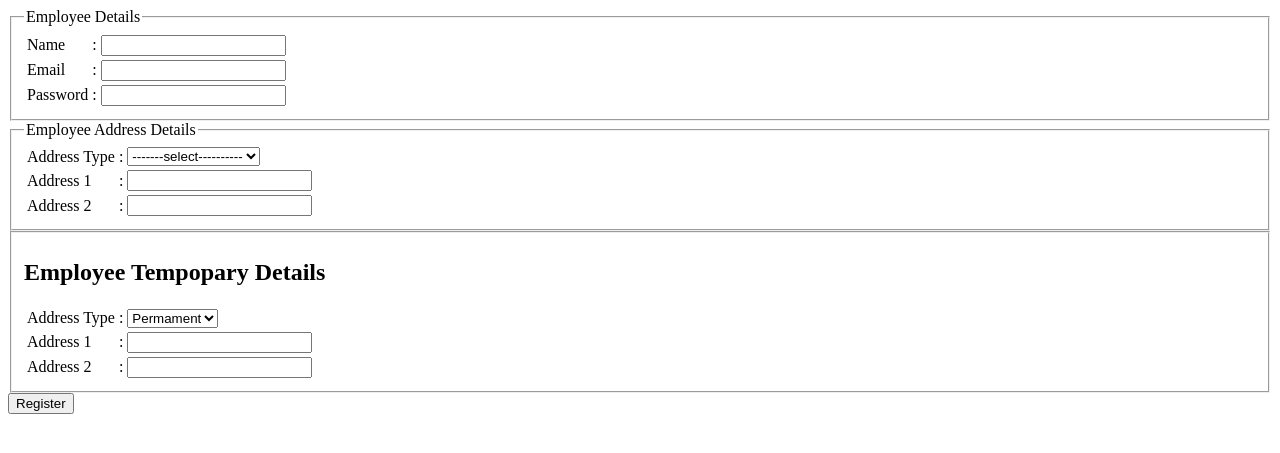
Repository: ramanagouda1001/TY_CG_HTD_BangaloreNovember_JFS_RamanagoudaB
Page: http://localhost/empspringmvc/WEB-INF/view/register.jsp
These files come from the project's save history. The page is drawn as it stood at one moment and after the next save; the edit follows.
The browser window is 1280 px wide. The pictures show the whole page.
The page is served by Tomcat 9. Nobody is signed in. Other server files are loaded and not shown. The template is opened directly, without the code that normally fills it, so the values that code supplies are empty.

Above is the page before, as saved 2019-12-24 05:41:10.

### BackEnd/SpringMVC/empspringmvc/src/main/webapp/WEB-INF/view/register.jsp
<%@ page language="java" contentType="text/html; charset=ISO-8859-1"
    pageEncoding="ISO-8859-1"%>
<!DOCTYPE html>
<html>
<head>
<meta charset="ISO-8859-1">
<title>Insert title here</title>
</head>
<body>
<form action="./register" method="post">
	<fieldset>
		<legend>Employee Details</legend>
			<table>
			<tr>
				<td>Name</td>
				<td>:</td>
				<td><input type="text" name="name"></td>
			</tr>
			<tr>
				<td>Email</td>
				<td>:</td>
				<td><input type="email" name="email"></td>
			</tr>

			<tr>
				<td>Password</td>
				<td>:</td>
				<td><input type="password" name="password"></td>
			</tr>
		</table>
	</fieldset>
	<fieldset>
		<legend>Employee Address Details</legend>
			<table>
			<tr>
				<td>Address Type</td>
				<td>:</td>
				<td><select name="addType">
					<option>-------select----------</option>
   					 <option>Permament</option>
   					 <option>Tempapory</option>
    			  </select>
				</td>
			</tr>
			<tr>
				<td>Address 1</td>
				<td>:</td>
				<td><input type="text" name="address1"></td>
			</tr>
			<tr>
				<td>Address 2</td>
				<td>:</td>
				<td><input type="text" name="address2"></td>
			</tr>
		</table>
	</fieldset>	<fieldset>
		<h2>Employee Tempopary Details</h2>

			<table>
				<tr>
				<td>Address Type</td>
				<td>:</td>
				<td><select name="home">
   					 <option value="Permament">Permament</option>
   					 <option value="Tempapory">Tempapory</option>
    			  </select>
				</td>
			</tr>
			<tr>
				<td>Address 1</td>
				<td>:</td>
				<td><input type="text" name="address1" required></td>
			</tr>
			<tr>
				<td>Address 2</td>
				<td>:</td>
				<td><input type="text" name="address2" required></td>
			</tr>
		</table>
	</fieldset>
	<input type="submit" value="Register">
</form>
</body>
</html>

After the next save:
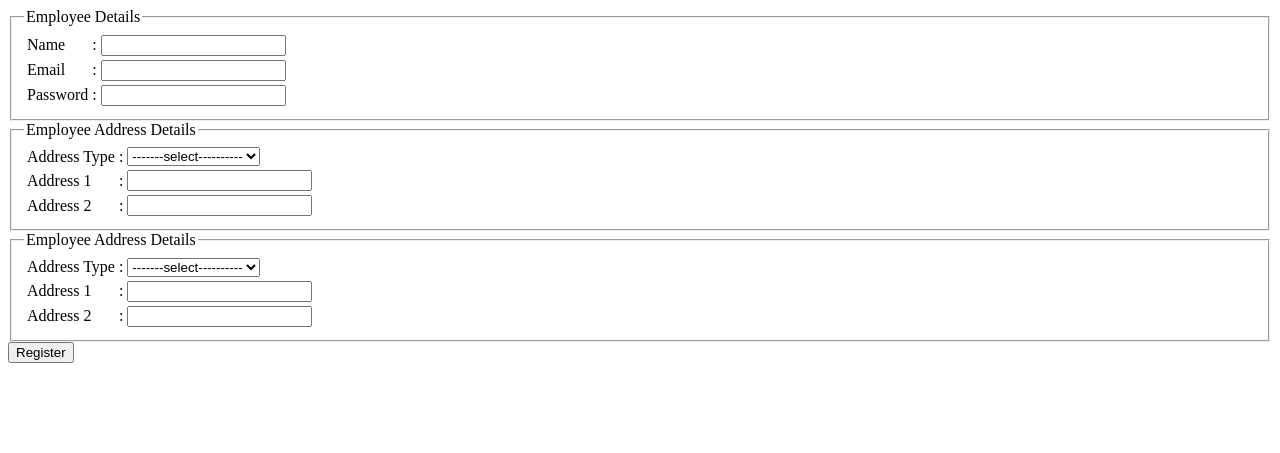
Saved 44 s later.
--- a/BackEnd/SpringMVC/empspringmvc/src/main/webapp/WEB-INF/view/register.jsp
+++ b/BackEnd/SpringMVC/empspringmvc/src/main/webapp/WEB-INF/view/register.jsp
@@ -53,31 +53,33 @@
 				<td><input type="text" name="address2"></td>
 			</tr>
 		</table>
-	</fieldset>	<fieldset>
-		<h2>Employee Tempopary Details</h2>
-
+	</fieldset>
+		<fieldset>
+		<legend>Employee Address Details</legend>
 			<table>
-				<tr>
+			<tr>
 				<td>Address Type</td>
 				<td>:</td>
-				<td><select name="home">
-   					 <option value="Permament">Permament</option>
-   					 <option value="Tempapory">Tempapory</option>
+				<td><select name="addType">
+					<option>-------select----------</option>
+   					 <option>Permament</option>
+   					 <option>Tempapory</option>
     			  </select>
 				</td>
 			</tr>
 			<tr>
 				<td>Address 1</td>
 				<td>:</td>
-				<td><input type="text" name="address1" required></td>
+				<td><input type="text" name="address1"></td>
 			</tr>
 			<tr>
 				<td>Address 2</td>
 				<td>:</td>
-				<td><input type="text" name="address2" required></td>
+				<td><input type="text" name="address2"></td>
 			</tr>
 		</table>
 	</fieldset>
+
 	<input type="submit" value="Register">
 </form>
 </body>
